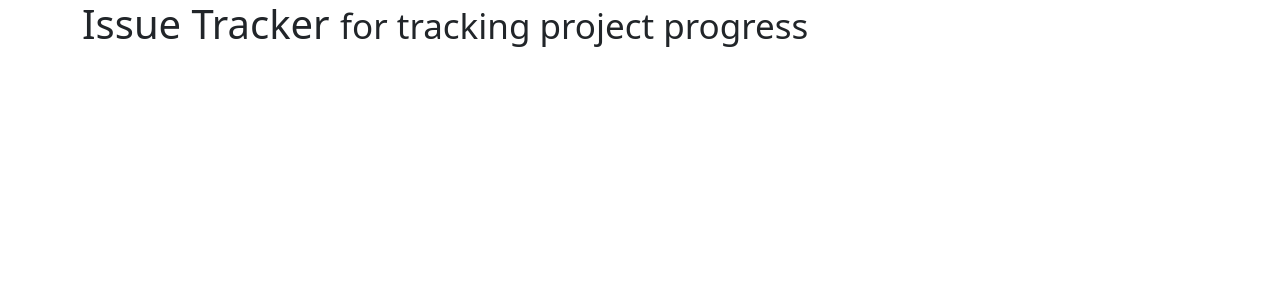
Repository: dvynchi/issue-tracker
Page: index.html
The author's editor kept a copy of each file at every save. The page is drawn from the files as they stood at one save, then again after the next save.
The browser window is 1280 px wide. The pictures show the whole page.

Above is the page before, as saved 2022-08-19 11:28:41.

After the next save:
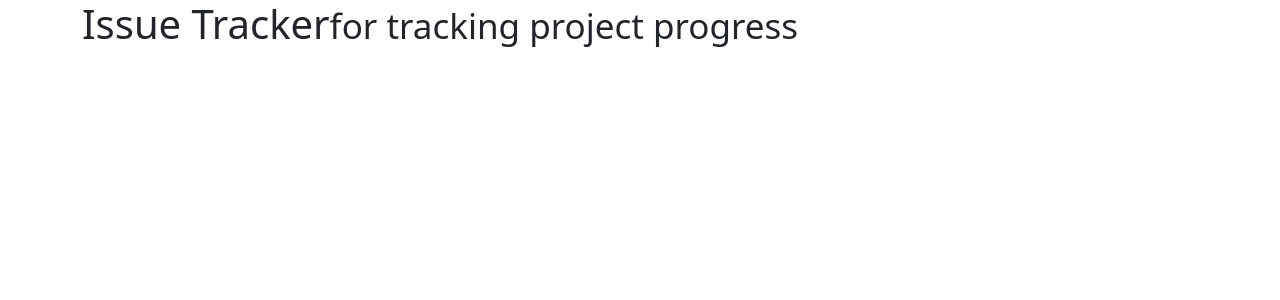
Saved 5 min 55 s later.
--- a/index.html
+++ b/index.html
@@ -12,7 +12,7 @@
 <body>
 
     <div class="container">
-        <h1>Issue Tracker <small>for tracking project progress</small></h1>
+        <h1>Issue Tracker<small>for tracking project progress</small></h1>
     </div>
 
 
